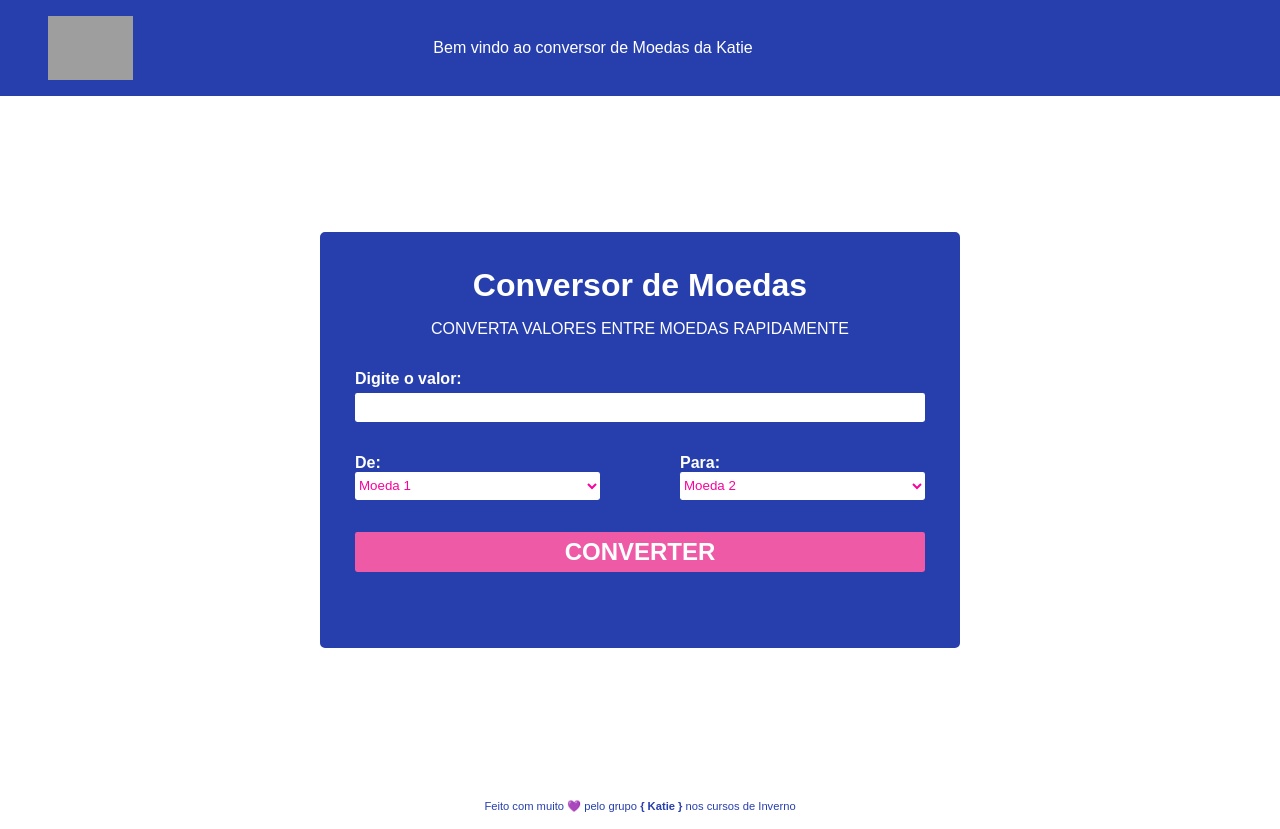
Repository: willamesalmeida/Conversor-de-Moedas
Page: index.html
The author's editor kept a copy of each file at every save. The page is drawn from the files as they stood at one save, then again after the next save.
The browser window is 1280 px wide. The pictures show the whole page.
Pictures or frames that could not be fetched are drawn as grey boxes.

Above is the page before, as saved 2022-08-07 14:32:25.

After the next save:
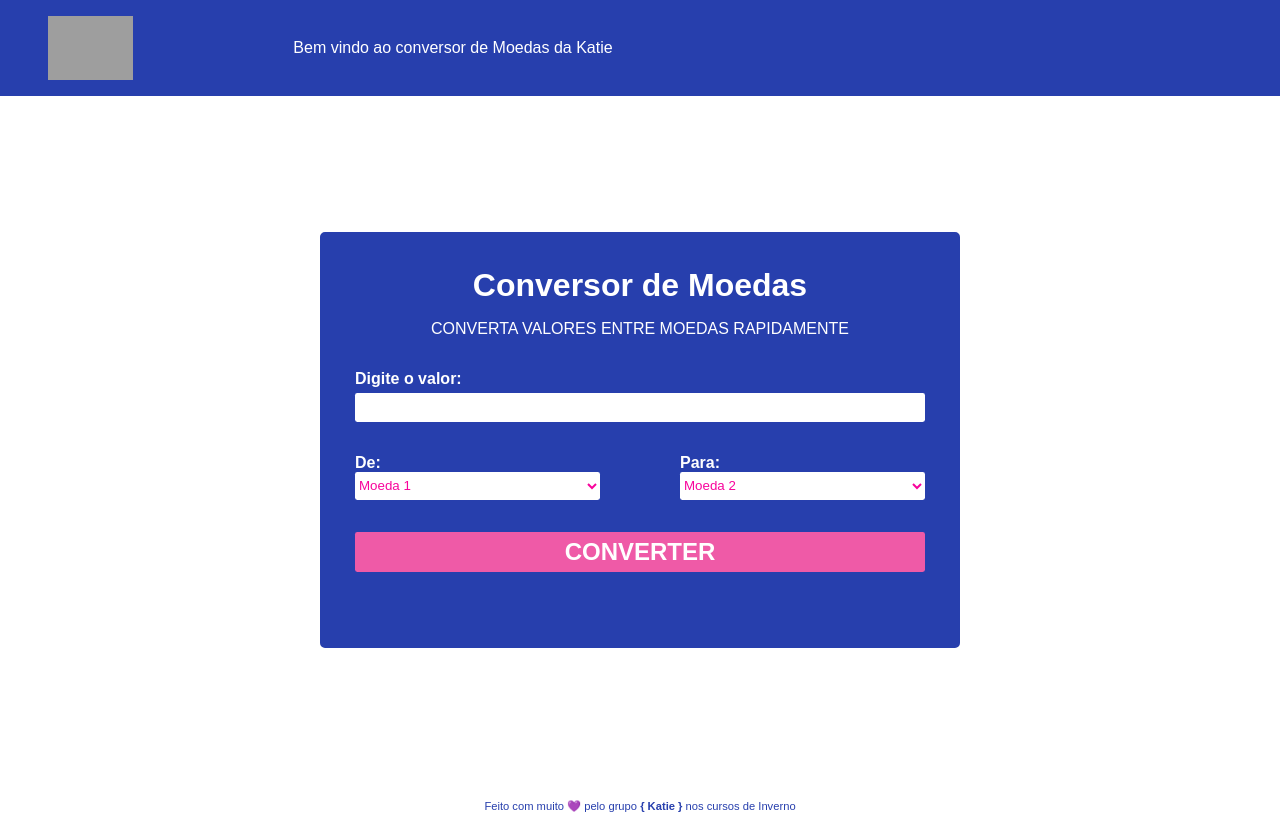
Saved 8 s later.
--- a/styles.css
+++ b/styles.css
@@ -14,7 +14,7 @@
 
 .saudacao {
   text-align: center;
-  padding-left: 300px;
+  padding-left: 10rem;
 }
 
 .container {
